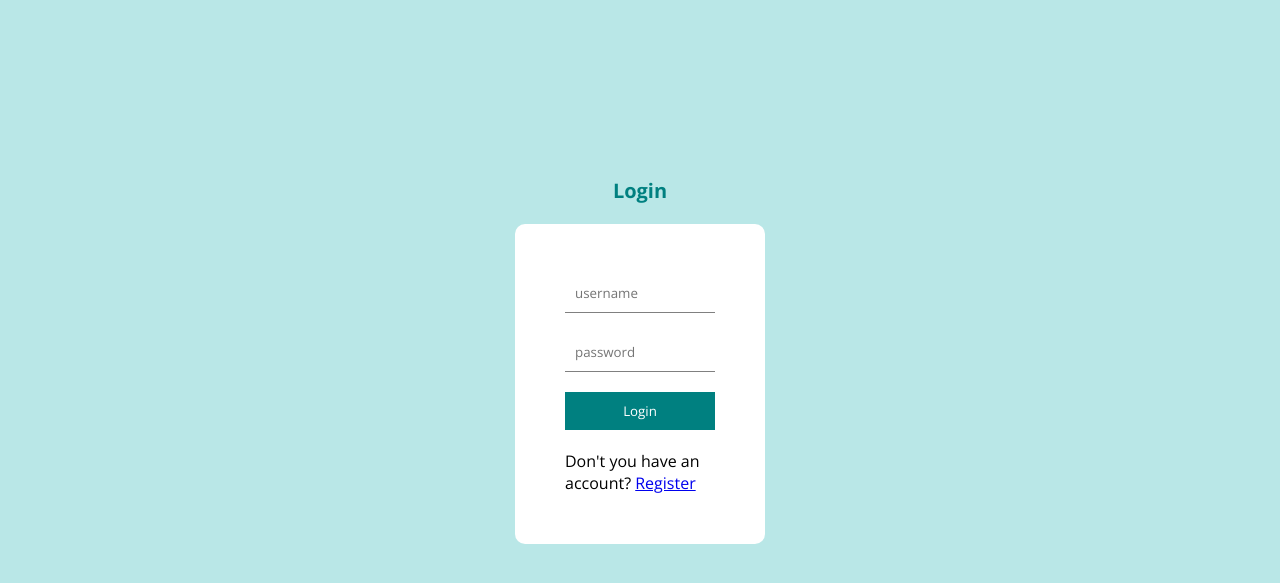
Repository: juansesu3/Blog-Full-Stack
Page: /login (app in client/blog/)
An editor plug-in stored every save of this project. The page is shown before and after a run of saves, followed by the edit.
The browser window is 1280 px wide. The pictures show the whole page.
The project was rebuilt for these pictures with package versions that can differ from the ones it lists, and the page was loaded fresh each time. Also part of the build but not shown: client/blog/vite.config.js, client/blog/src/pages/Register.jsx, client/blog/src/pages/Single.jsx, client/blog/src/pages/Write.jsx, client/blog/src/pages/Home.jsx, client/blog/src/components/Navbar.jsx, client/blog/src/components/Footer.jsx.

Above is the page before, as saved 2023-04-18 13:47:01.

After the next 5 saves:
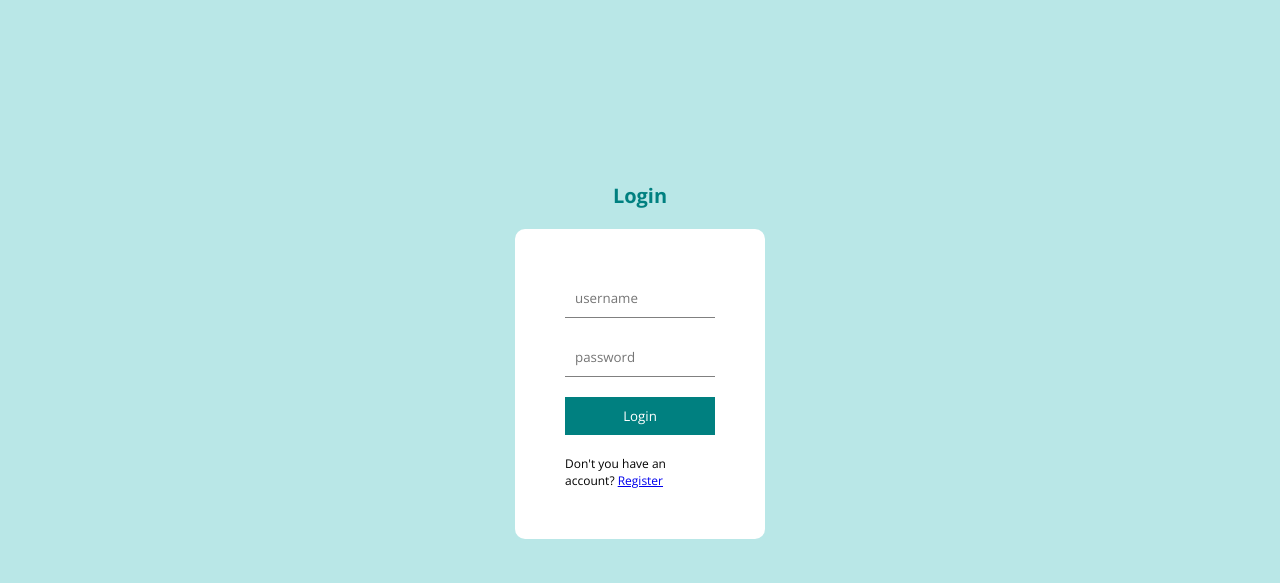
The 5 saves are shown as one change because they came seconds apart.
The last was saved 15 s later.
--- a/client/blog/src/style.scss
+++ b/client/blog/src/style.scss
@@ -43,7 +43,10 @@ $lightGreen: #b9e7e7;
             color: white;
             cursor: pointer;
         }
+        span{
+            font-size: 12px;
 
+        }
 
     }
 }
